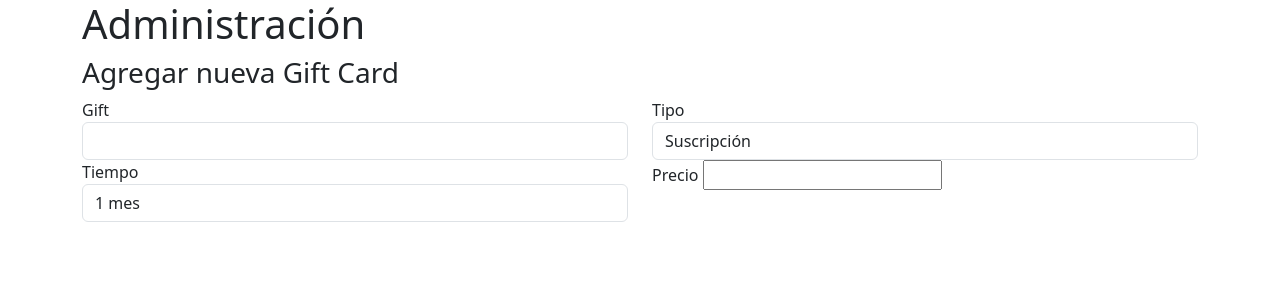
Repository: pedro-donoso/vanilla-js
Page: index.html
An editor plug-in stored every save of this project. The page is shown before and after a run of saves, followed by the edit.
The browser window is 1280 px wide. The pictures show the whole page.

Above is the page before, as saved 2024-01-31 13:35:29.
Console error: SyntaxError: Unexpected identifier 'assert'

After the next 2 saves:
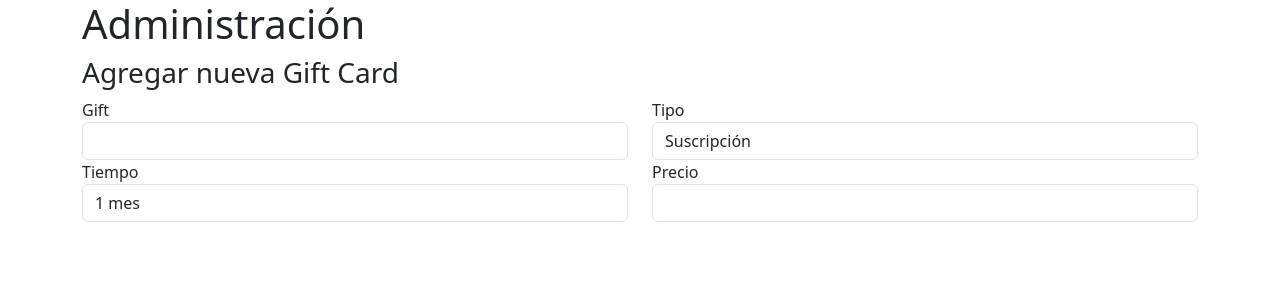
The 2 saves are shown as one change because they came seconds apart.
The last was saved 7 s later.
--- a/index.html
+++ b/index.html
@@ -45,7 +45,7 @@
                         </div>
                         <div class="col">
                             <label>Precio</label>
-                            <input type="number"  id="">
+                            <input type="number" class="form-control" id="">
                         </div>
                     </div>
                 </form>
